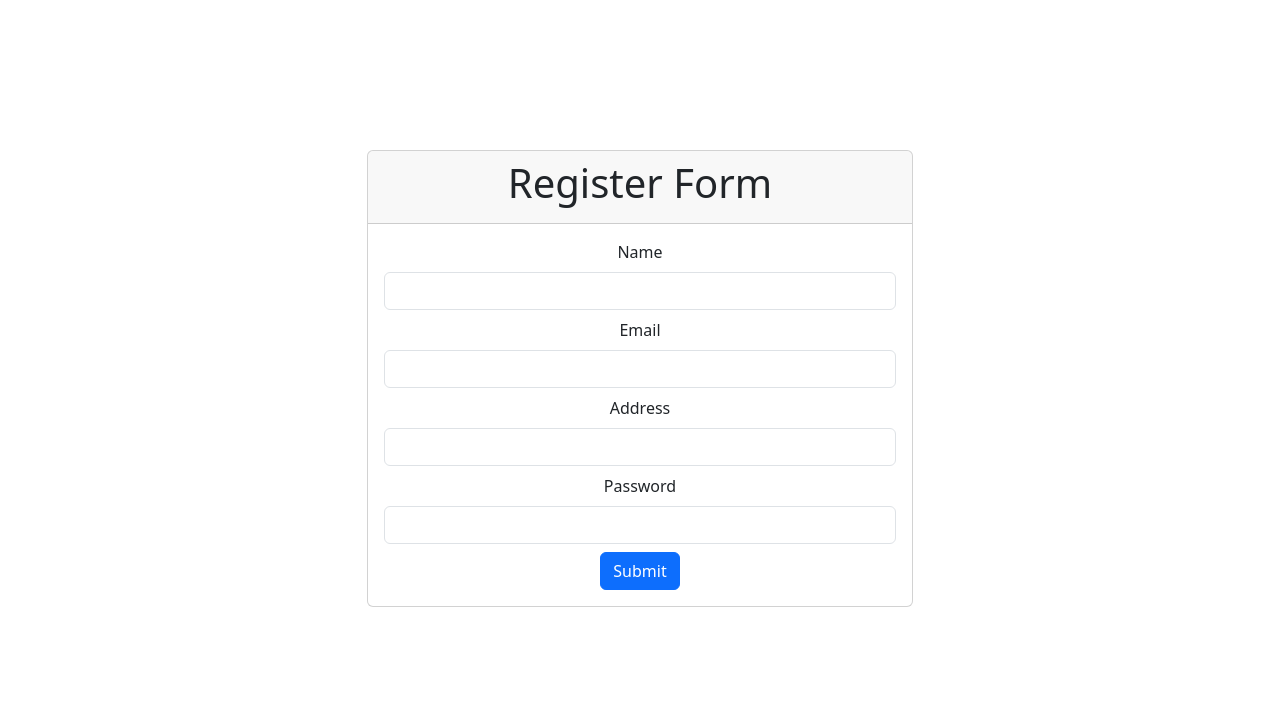
Repository: Laxman-Nath/java-internship
Page: http://localhost/Demo/Register.jsp
The author's editor kept a copy of each file at every save. The page is drawn from the files as they stood at one save, then again after a run of saves.
The browser window is 1280 px wide. The pictures show the whole page.
The page is served by Tomcat 9. Other server files are loaded and not shown.

Above is the page before, as saved 2024-09-01 10:30:06.

### Servlet_JSP/Demo/src/main/webapp/Register.jsp
<%@ page language="java" contentType="text/html; charset=UTF-8"
	pageEncoding="UTF-8"%>
<!DOCTYPE html>
<html>
<head>
<meta charset="UTF-8">
<title>Register Form</title>
<style>
body{
background-image:url(''img/login.jpg);
}

</style>
<link
	href="https://cdn.jsdelivr.net/npm/bootstrap@5.3.3/dist/css/bootstrap.min.css"
	rel="stylesheet"
	integrity="sha384-QWTKZyjpPEjISv5WaRU9OFeRpok6YctnYmDr5pNlyT2bRjXh0JMhjY6hW+ALEwIH"
	crossorigin="anonymous">
</head>
<body style="background-image=url(img/login.jpg)">
	<div class="container" style="margin-top: 150px;">
		<div class="row">
			<div class="col-md-6 offset-md-3">
				<div class="card">
					<div class="card-header">
						<h1 class="text-center">Register Form</h1>
					</div>
					<div class="card-body" class="">
						<form action="" method="" class="text-center">
						<div class="mb-2">
								<label class="form-label">Name</label> <input type="text"
									required class="form-control">
							</div>
							<div class="mb-2">
								<label class="form-label">Email</label> <input type="email"
									required class="form-control">
							</div>
							<div class="mb-2">
								<label class="form-label">Address</label> <input type="text"
									required class="form-control">
							</div>
							<div class="mb-2">
								<label class="form-label">Password</label> <input
									type="password" required class="form-control">
							</div>
							<input type="submit" class="btn btn-primary" value="Submit">
						</form>
					</div>
				</div>
			</div>
		</div>
	</div>

</body>
<script
	src="https://cdn.jsdelivr.net/npm/bootstrap@5.3.3/dist/js/bootstrap.bundle.min.js"
	integrity="sha384-YvpcrYf0tY3lHB60NNkmXc5s9fDVZLESaAA55NDzOxhy9GkcIdslK1eN7N6jIeHz"
</html>

After the next 2 saves:
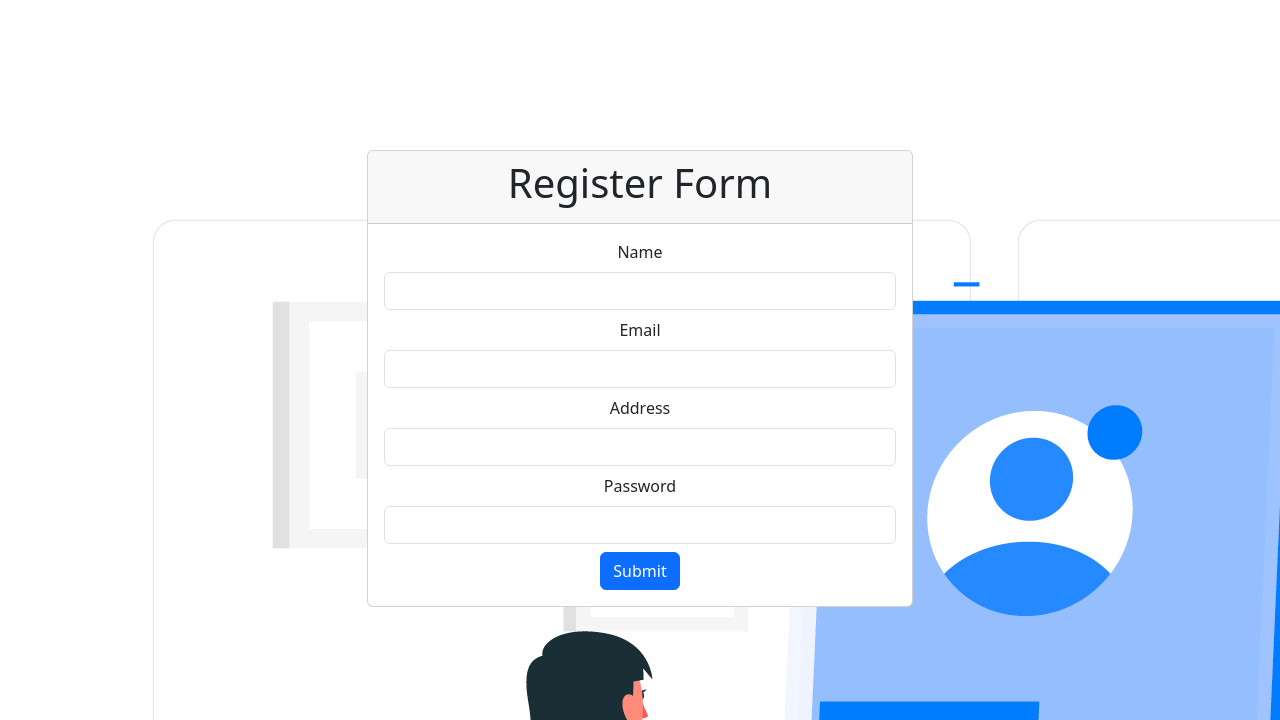
The 2 saves are shown as one change because they came seconds apart.
The last was saved 6 s later.
--- a/Servlet_JSP/Demo/src/main/webapp/Register.jsp
+++ b/Servlet_JSP/Demo/src/main/webapp/Register.jsp
@@ -7,7 +7,7 @@
 <title>Register Form</title>
 <style>
 body{
-background-image:url(''img/login.jpg);
+background-image:url('img/login.jpg');
 }
 
 </style>

After the 2 saves that followed:
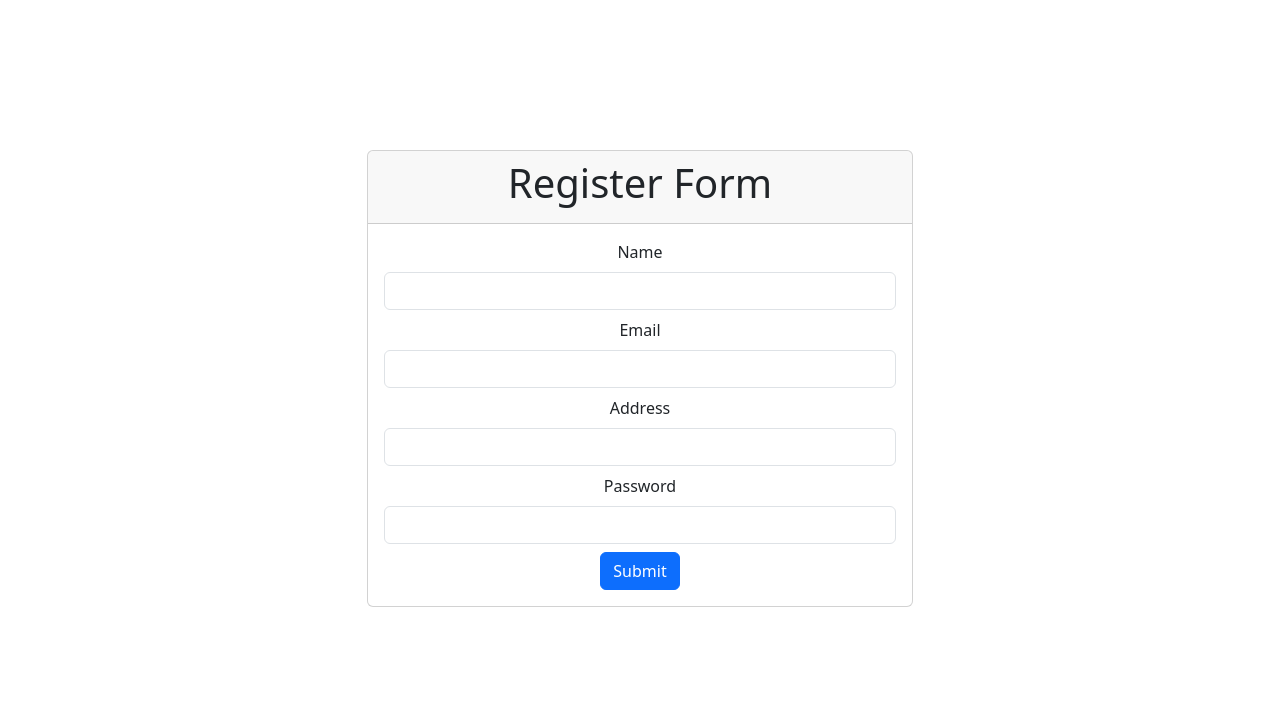
The 2 saves are shown as one change because they came seconds apart.
The last was saved 31 s later.
--- a/Servlet_JSP/Demo/src/main/webapp/Register.jsp
+++ b/Servlet_JSP/Demo/src/main/webapp/Register.jsp
@@ -6,9 +6,7 @@
 <meta charset="UTF-8">
 <title>Register Form</title>
 <style>
-body{
-background-image:url('img/login.jpg');
-}
+
 
 </style>
 <link
@@ -17,7 +15,7 @@
 	integrity="sha384-QWTKZyjpPEjISv5WaRU9OFeRpok6YctnYmDr5pNlyT2bRjXh0JMhjY6hW+ALEwIH"
 	crossorigin="anonymous">
 </head>
-<body style="background-image=url(img/login.jpg)">
+<body style="background-image=url('img/login.jpg')">
 	<div class="container" style="margin-top: 150px;">
 		<div class="row">
 			<div class="col-md-6 offset-md-3">
